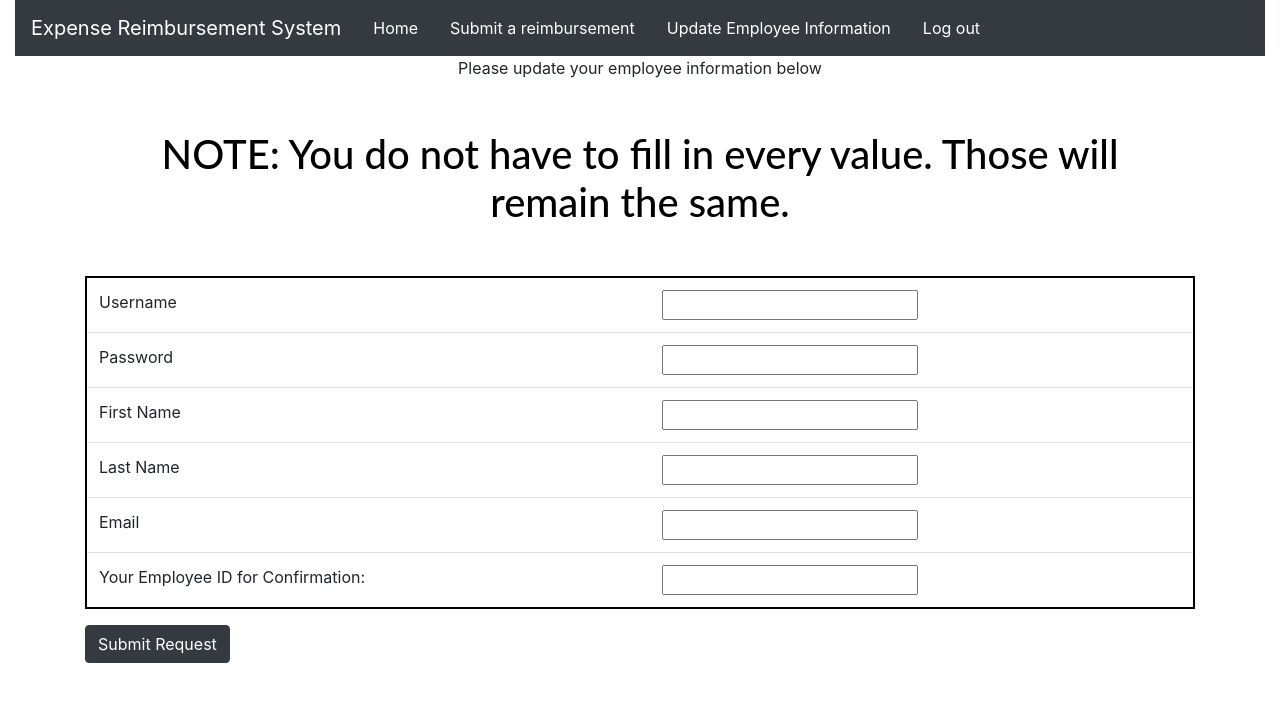
Repository: Trevormulrenin/ers-app
Page: ers-app/src/main/webapp/html/employee_info.html
These files come from the project's save history. The page is drawn as it stood at one moment and after the next save; the edit follows.
The browser window is 1280 px wide. The pictures show the whole page.

Above is the page before, as saved 2021-04-01 19:02:03.

### ers-app/src/main/webapp/html/employee_info.html
<!DOCTYPE html>
<html>
<head>
	<meta charset="UTF-8">
	<meta name="viewport" content="width=device-width, initial-scale=1.0">
	<meta http-equiv="cache-control" content="max-age=0" />
<meta http-equiv="cache-control" content="no-cache" />
<meta http-equiv="expires" content="0" />
<meta http-equiv="expires" content="Tue, 01 Jan 1980 1:00:00 GMT" />
<meta http-equiv="pragma" content="no-cache" />
	<link rel="stylesheet" href="https://stackpath.bootstrapcdn.com/bootstrap/4.5.2/css/bootstrap.min.css" integrity="sha384-JcKb8q3iqJ61gNV9KGb8thSsNjpSL0n8PARn9HuZOnIxN0hoP+VmmDGMN5t9UJ0Z" crossorigin="anonymous">
 	<link rel="stylesheet" type="text/css" href="../css/style.css">

<title>Expense Reimbursement System</title>
</head>

<body>
	<div class="container-fluid">
		<nav class="navbar navbar-expand-lg navbar-dark bg-dark">
			<a class="navbar-brand" href="http://localhost:8080/ers-app/EmployeeHomeServlet"">Expense Reimbursement System</a>
				<a class="nav-item nav-link" href="http://localhost:8080/ers-app/EmployeeHomeServlet"">Home</a>
				<a class="nav-item nav-link" href="reimbursement_home.html">Submit a reimbursement</a>
				<a class="nav-item nav-link" href="employee_info.html">Update Employee Information</a>

			<div class="nav-list-right" id="navbar-menu-right">
				<a class="nav-item nav-link" href="logout.html">Log out</a>
			</div>

		</nav>
	</div>

		<div class="container">
		<header style="text-align:center"> Please update your employee information below</header>
		<h1 style="text-align:center; font-size: 10;"> NOTE: You do not have to fill in every value. Those will remain the same.</h1>

		<form action="http://localhost:8080/ers-app/UpdateEmployeeServlet" method="post">
			<table class="table" id="update-table">
				<tr>
					<td>Username</td>
					<td><input type="text" id="employeeUsername"
						name="employeeUsername" value=""></td>
				</tr>
				<tr>
					<td>Password</td>
					<td><input type="text" step="any" name="employeePassword">
					</td>
				</tr>
				<tr>
					<td>First Name</td>
					<td><input type="text" step="any" name="firstName">
					</td>
				</tr>
				<tr>
					<td>Last Name</td>
					<td><input type="text" step="any" name="lastName">
					</td>
				</tr>
				<tr>
					<td>Email</td>
					<td><input type="text" step="any" name="email">
					</td>
				</tr>
				<tr>
					<td>Your Employee ID for Confirmation:</td>
					<td><input type="number" name="employeeId" required></td>
				</tr>
			</table>
			<div class="log-in-button">
				<button type="submit" class="btn btn-dark">Submit Request</button>
			</div>
		</form>
	</div>

</body>
</html>

### ers-app/src/main/webapp/css/style.css
@charset "UTF-8";



#navbar-menu-right{
	text-decoration: none;
	color: black;
}

#fill-out {
	color: solid black;
	text-align:center;
	font-size: 15px;
}

table {
	border: 2px solid black;
}

.nav-item, .nav-item-active, .nav-list-right {
		color: white;
		border: 1px;
		border-color:white;
	}

h1 {
	text-align: center;
    font-family: Lato;
    color: Black;
    font-size: 40px;
    margin: 50px;
}

p {
	text-align: center;
    font-family: Lato;
	color: Black;
	font-size: 15px;
}

h2 {
	text-align: center;
    font-family: Lato;
    color: Black;
    font-size: 40px;
    margin: 25px;
}

#enter-credentials {
	text-align: center;
    font-family: Lato;
	color: Black;
	font-size: 20px;
}


#pending-reimbursement, #resolved-reimbursement {
	border: 2px solid black;
	color: black;
	text-align:center;
	height: 300px;
	width: 400px;
    top:30%;
    left:10%;
/*     display: flex; */
/* 	justify-content: space-evenly; */
}

#pending-reimbursement {
	float: left;
}

#resolved-reimbursement:hover {
	background-color: gray;
	color:white;
}

#pending-reimbursement:hover {
	background-color: gray;
	color:white;
}


.nav-item, .nav-item-active, .nav-list-right {
/* 		text-decoration: none; */
		color: white;
		border: 1px;
		border-color:white;
	}

th, tr {
	border: 2px;
}

#log-in-button {
	text-align: center;
}

.login {
	border: 2px solid black;
	content: 5px;
	width: auto;
	text-align: center;
	padding: 5px;
	margin: auto;
	box-shadow: white;
}

/* #update-table { */
/* 	width: "100%"; */
/* 	padding: 2px; */
/* 	margin-top: 5px; */
/* 	margin-bottom: 0px; */
/* 	margin-left: auto; */
/* 	margin-right: auto; */
/* 	border: 1px solid black; */
/* 	border-collapse: separate; */
/* 	border-spacing: 2px; */
/* } */

/* #view-employees { */
/* 	width: "100%"; */
/* 	padding: 2px; */
/* 	margin-top: 5px; */
/* 	margin-bottom: 0px; */
/* 	margin-left: auto; */
/* 	margin-right: auto; */
/* 	border: 1px solid black; */
/* 	border-collapse: separate; */
/* 	border-spacing: 2px; */
/* } */

/* #reimbursement-table { */
/* 	width: "100%"; */
/* 	padding: 2px; */
/* 	margin-top: 5px; */
/* 	margin-bottom: 0px; */
/* 	margin-left: auto; */
/* 	margin-right: auto; */
/* 	border: 1px solid black; */
/* 	border-collapse: separate; */
/* 	border-spacing: 2px; */
/* } */

After the next save:
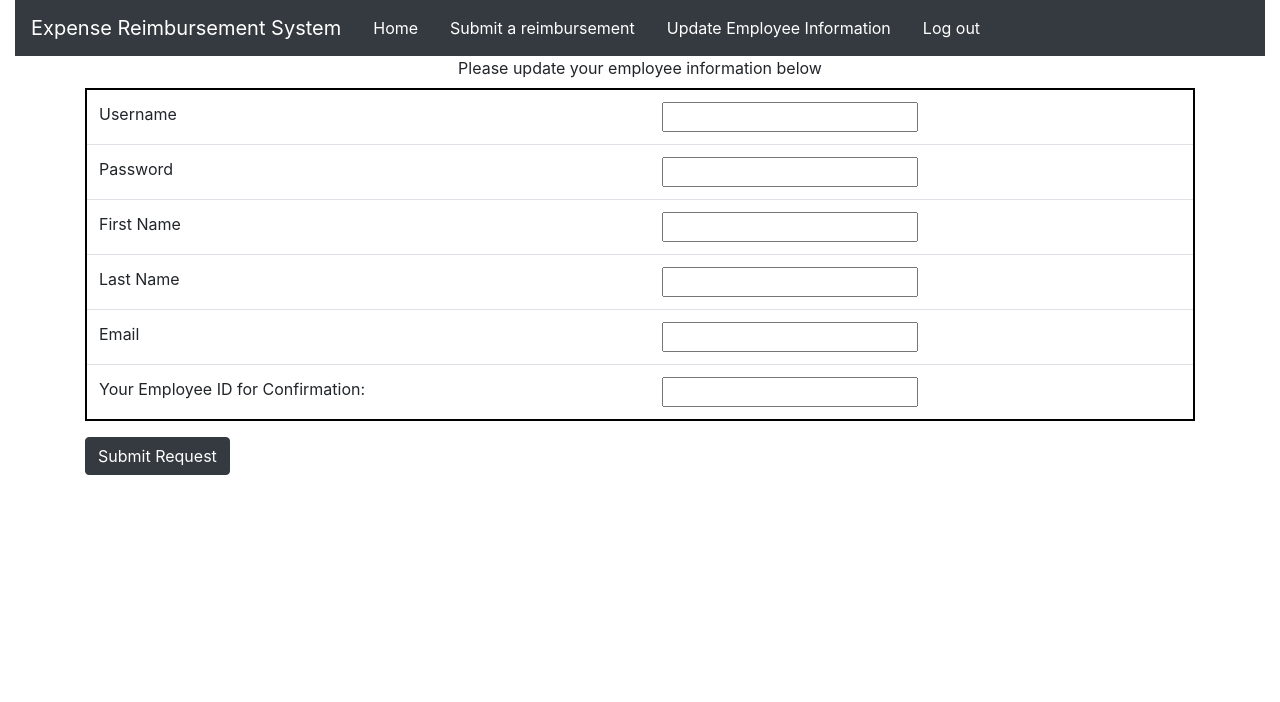
Saved 2 min 26 s later.
--- a/ers-app/src/main/webapp/html/employee_info.html
+++ b/ers-app/src/main/webapp/html/employee_info.html
@@ -31,7 +31,7 @@
 
 		<div class="container">
 		<header style="text-align:center"> Please update your employee information below</header>
-		<h1 style="text-align:center; font-size: 10;"> NOTE: You do not have to fill in every value. Those will remain the same.</h1>
+		<p class="h5" NOTE: You do not have to fill in every value. Those will remain the same.</p>
 
 		<form action="http://localhost:8080/ers-app/UpdateEmployeeServlet" method="post">
 			<table class="table" id="update-table">
